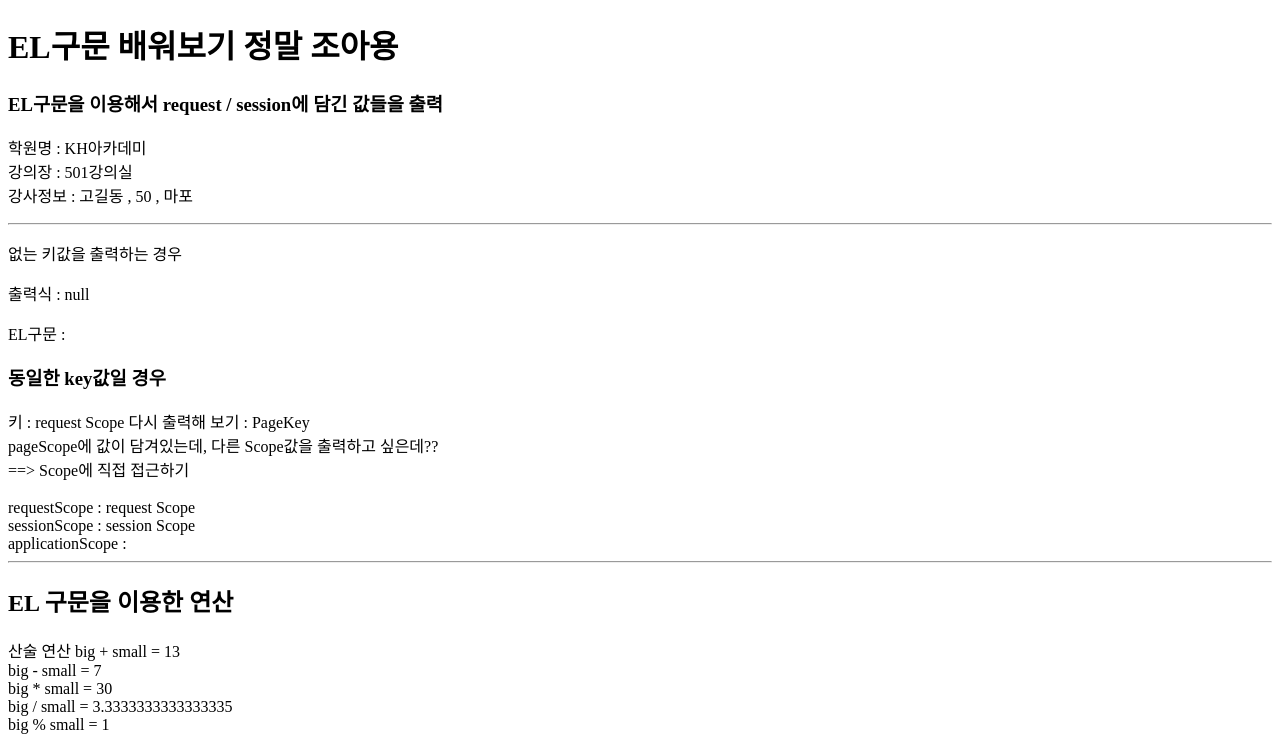
Repository: rlaehqkf/java_practice
Page: http://localhost/ActionProject/el.do
These files come from the project's save history. The page is drawn as it stood at one moment and after the next save; the edit follows.
The browser window is 1280 px wide. The pictures show the whole page.
The page is served by Tomcat 9.

Above is the page before, as saved 2026-05-06 06:26:21.

After the next save:
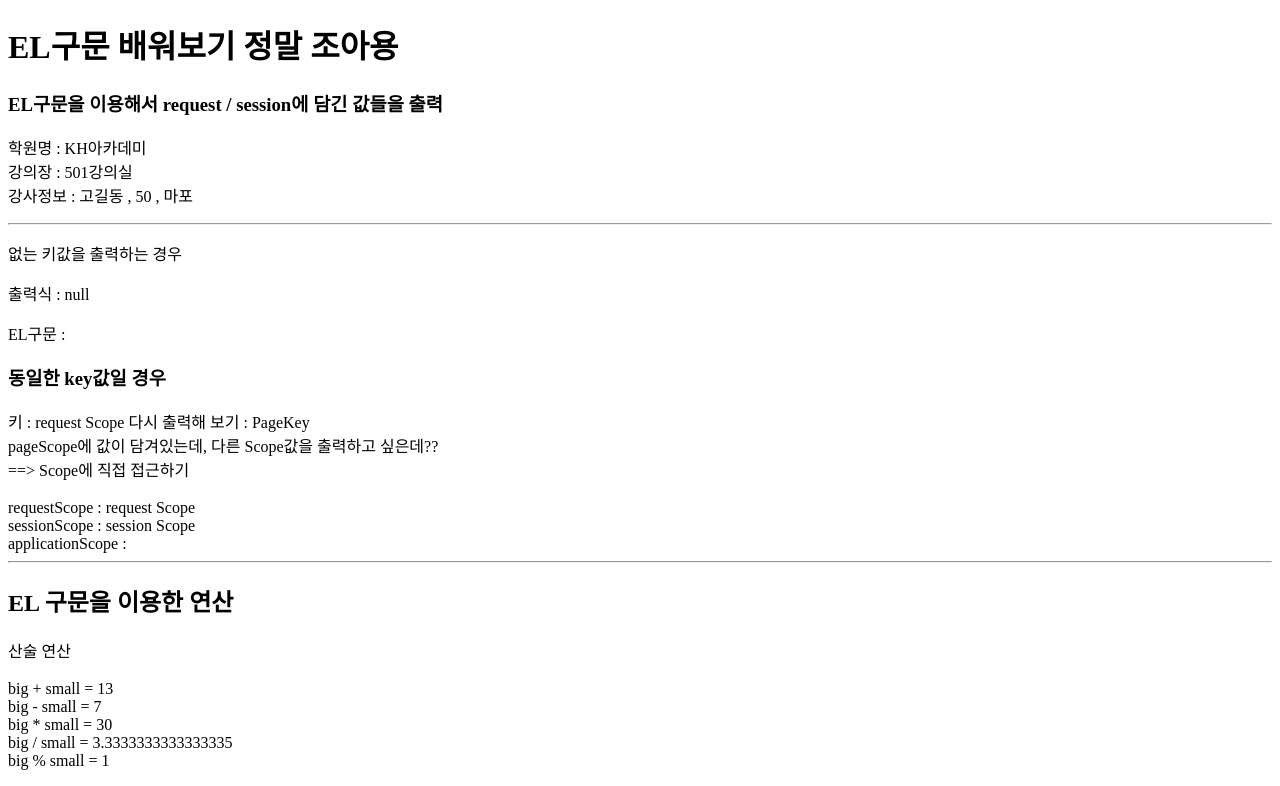
Saved 8 s later.
--- a/ActionProject/src/main/webapp/WEB-INF/views/01_el.jsp
+++ b/ActionProject/src/main/webapp/WEB-INF/views/01_el.jsp
@@ -94,7 +94,7 @@
 	<h2>EL 구문을 이용한 연산</h2>
 
 	<p>
-		산술 연산
+		산술 연산 <br><br>
 
 		big + small = ${ big + small }<br>
 		big - small = ${ big - small }<br>
